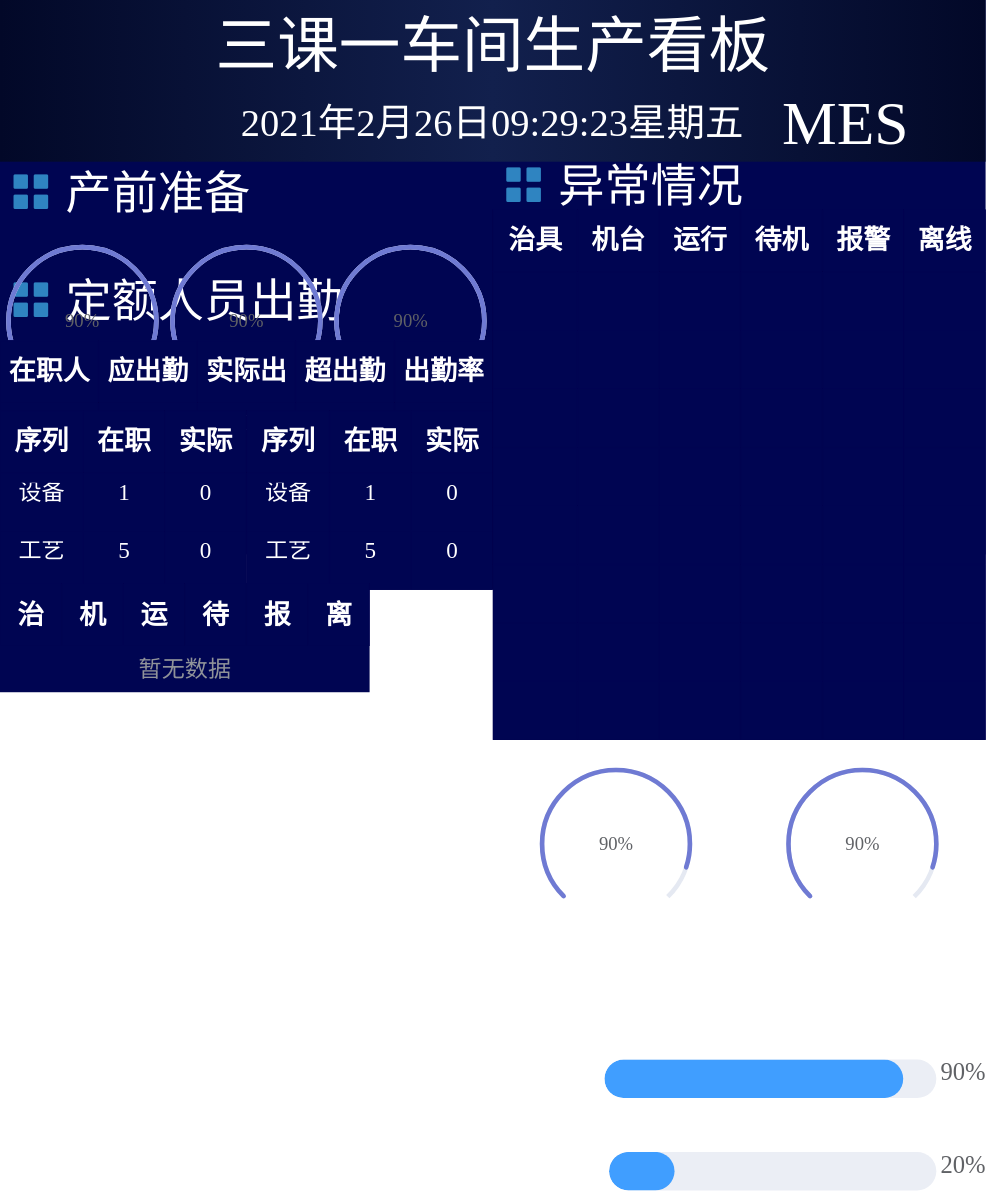
Repository: Bimbaloo/pv-view
Page: a.html
An editor plug-in stored every save of this project. The page is shown before and after the next save, followed by the edit.
The browser window is 1280 px wide. The pictures show the whole page, at 77% of full size.

Above is the page before, as saved 2021-05-14 15:22:13.
Console error: ReferenceError: echarts is not defined

After the next save:
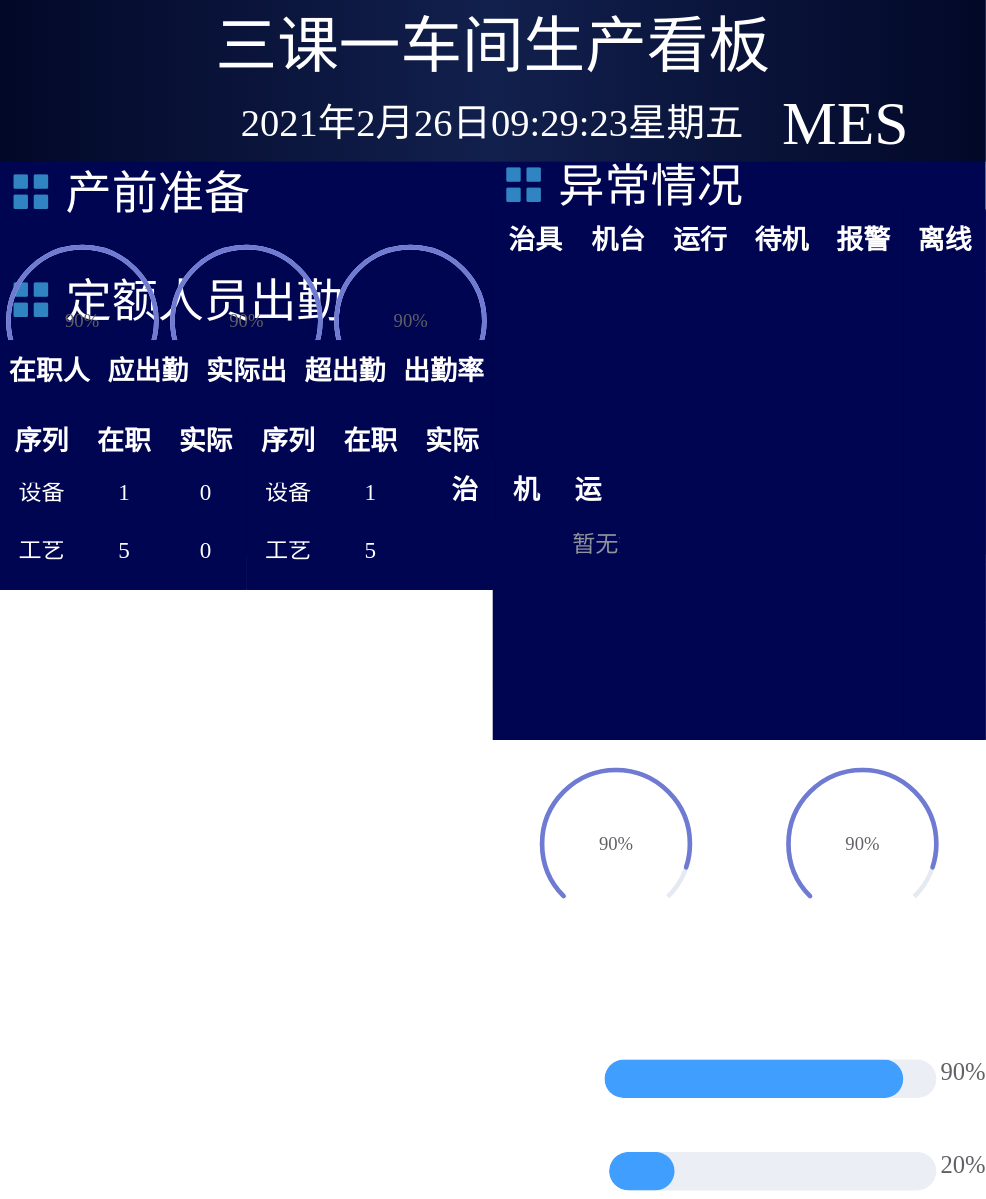
Saved 9 s later.
--- a/base.css
+++ b/base.css
@@ -179,5 +179,7 @@
   width: 70%;
 }
 .speed {
-
+  display: flex;
+    flex-direction: row;
+    flex-wrap: wrap;
 }

After the save that followed:
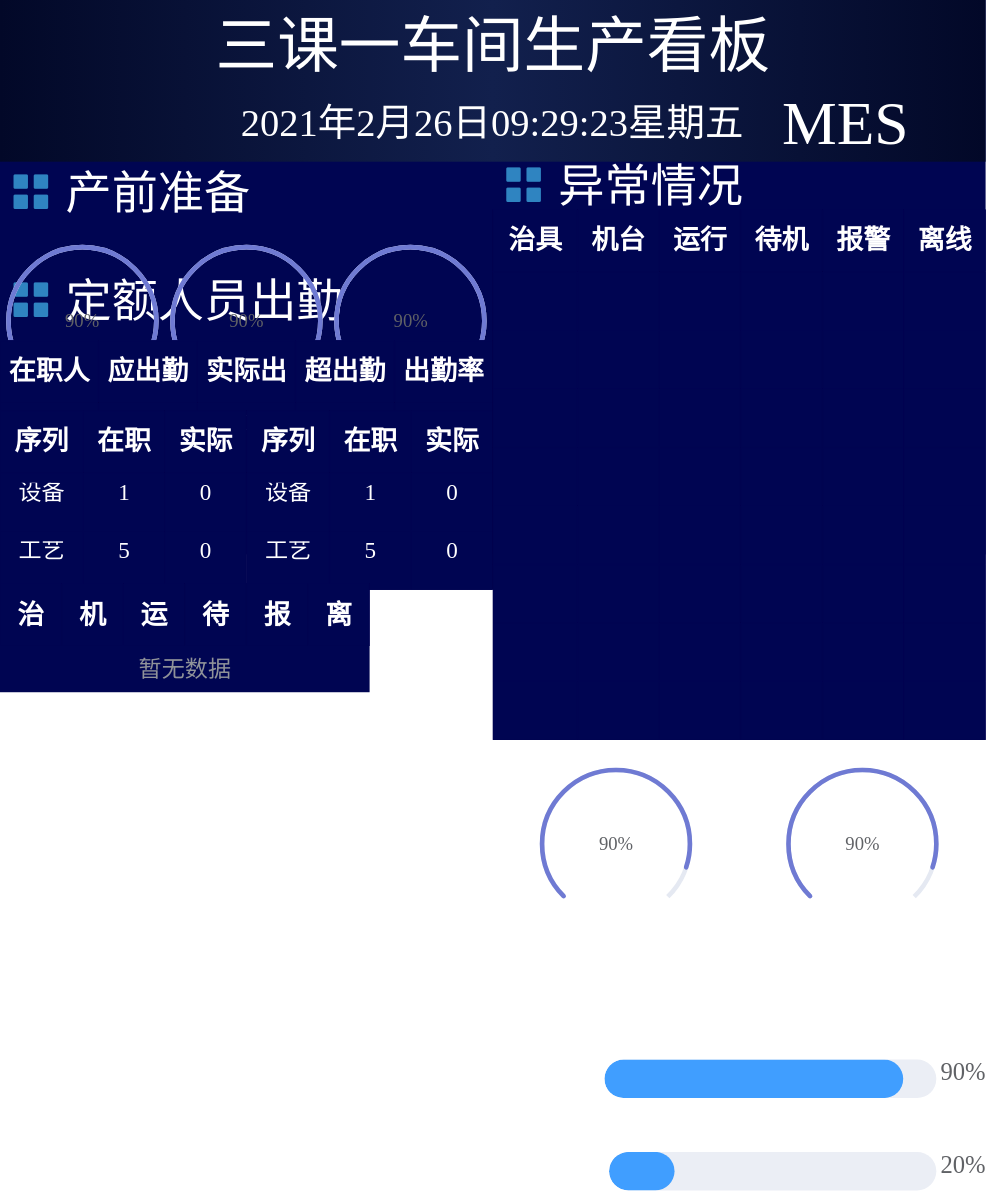
Saved 11 s later.
--- a/base.css
+++ b/base.css
@@ -178,8 +178,8 @@
 .echarts-box {
   width: 70%;
 }
-.speed {
+/* .speed {
   display: flex;
     flex-direction: row;
     flex-wrap: wrap;
-}
+} */
